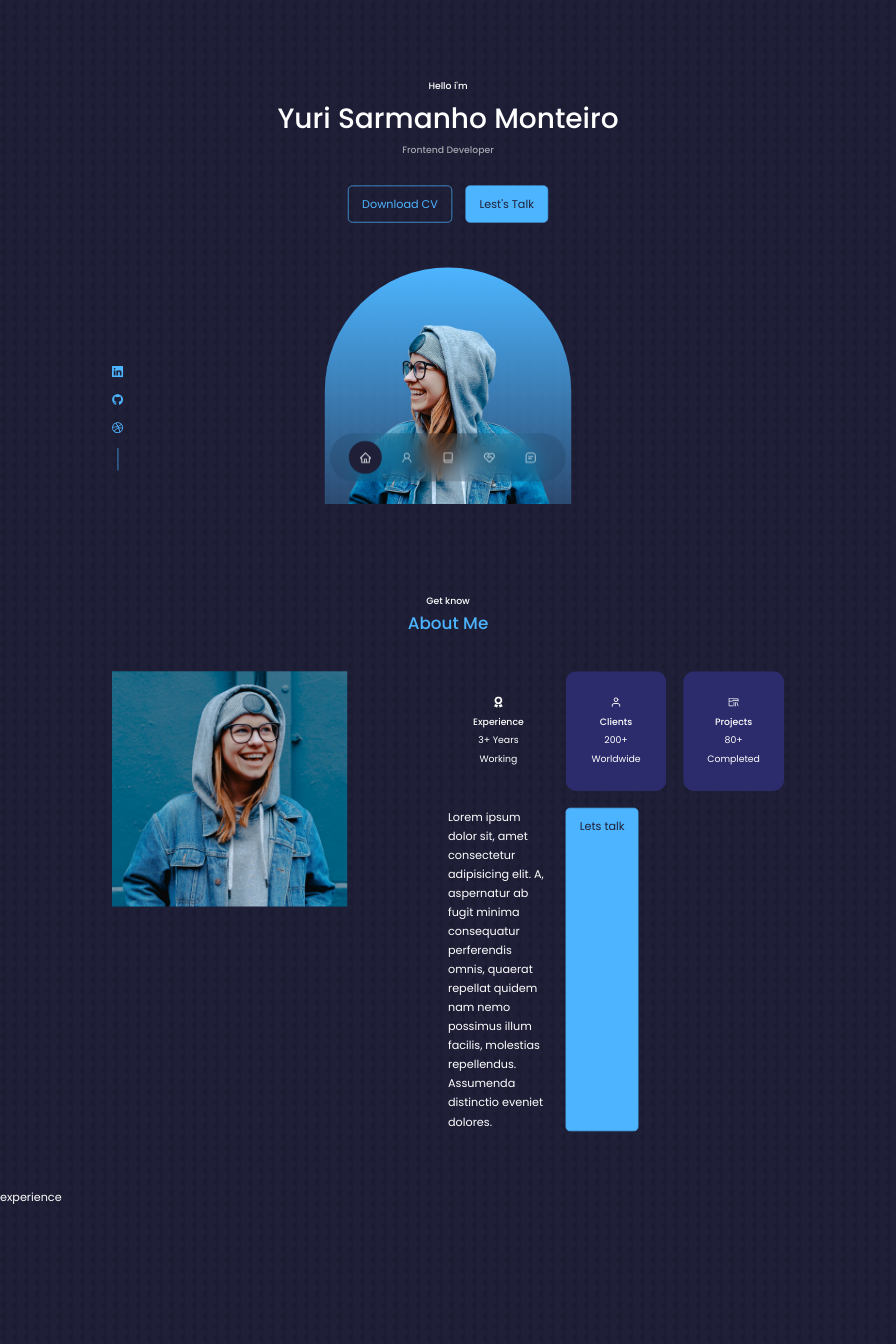
Repository: YuriSarmanho/Portifolio-
Page: / (app in portifolio/)
An editor plug-in stored every save of this project. The page is shown before and after a run of saves, followed by the edit.
The browser window is 1280 px wide. The pictures show the part of the page from y = 0 to 1920 px (the page is 5835 px tall), at 70% of full size.
The pointer rests on the first visible `.about__card`.
The project was rebuilt for these pictures with package versions that can differ from the ones it lists, and the page was loaded fresh each time. Also part of the build but not shown: portifolio/src/Components/Contact/Contact.css, portifolio/src/Components/Testimonials/Testimonials.css. Imported but missing from the stored project, and not drawn on this page: portifolio/src/assets/cv.pdf.

Above is the page before, as saved 2022-05-13 15:09:57.

After the next 3 saves:
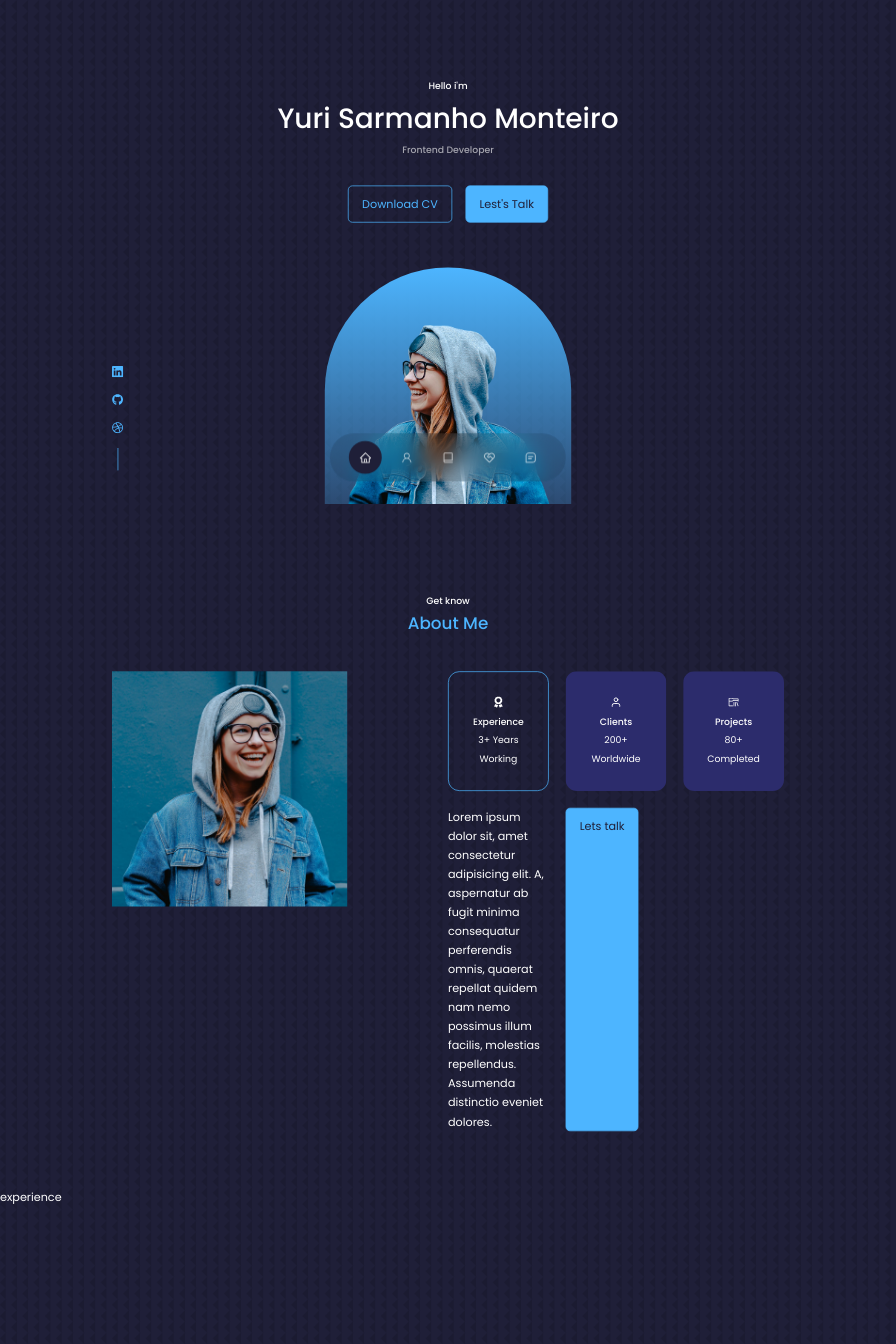
The 3 saves are shown as one change because they came seconds apart.
The last was saved 9 s later.
--- a/portifolio/src/Components/About/About.css
+++ b/portifolio/src/Components/About/About.css
@@ -45,5 +45,5 @@
 
 .about__card:hover{
     background:transparent;
-    border-color: var();
+    border-color: var(--color-primary);
 }
